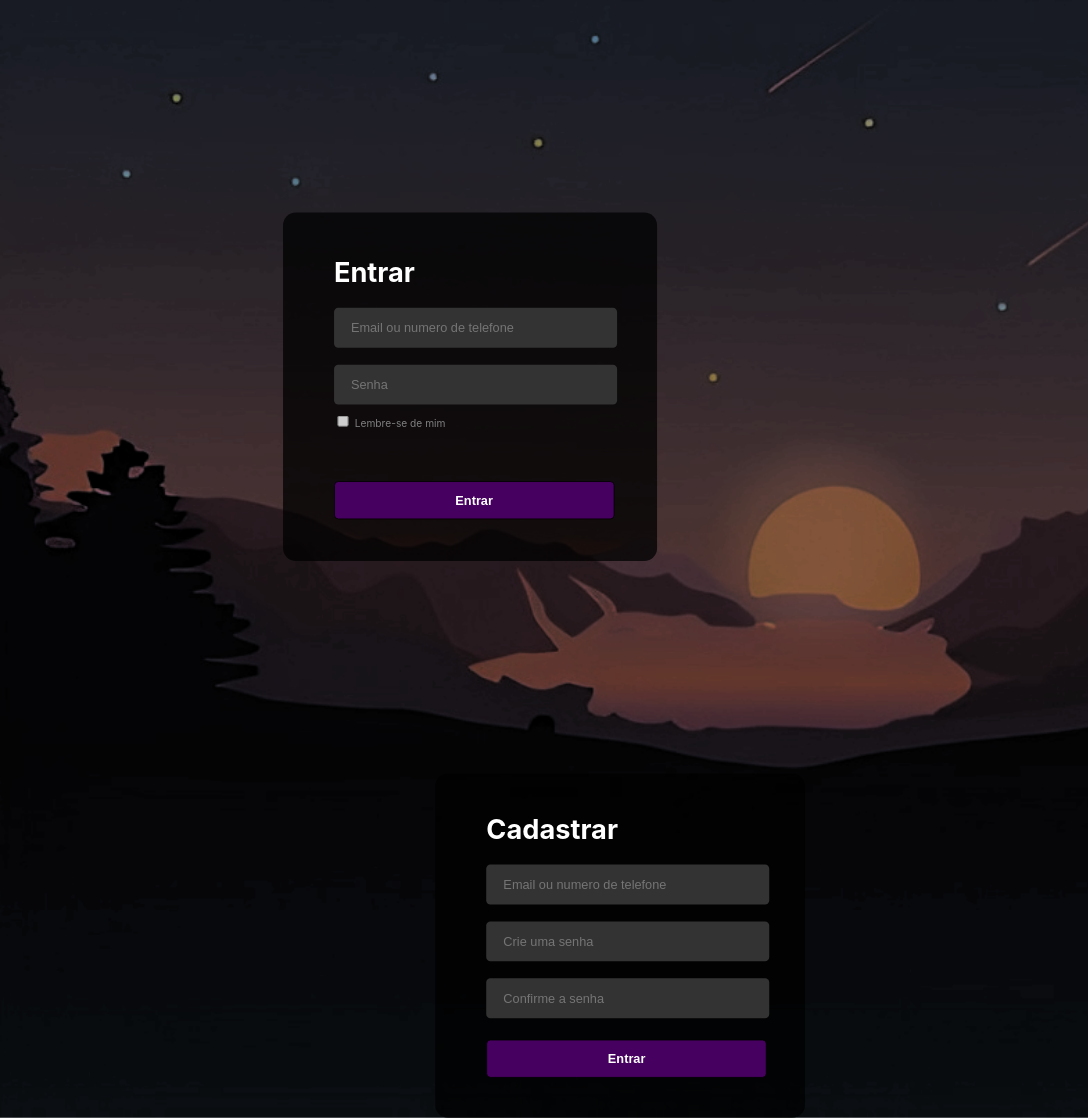
Repository: jpmaffei18/PROJETO_JAVA
Page: http://localhost/FinalWeb/logincadastro.jsp
An editor plug-in stored every save of this project. The page is shown before and after the next save, followed by the edit.
The browser window is 1280 px wide. The pictures show the whole page, at 85% of full size.
Some web fonts or font styles are not loaded; a fallback is used. The page is served by Tomcat 9.

Above is the page before, as saved 2023-04-12 11:40:03.

After the next save:
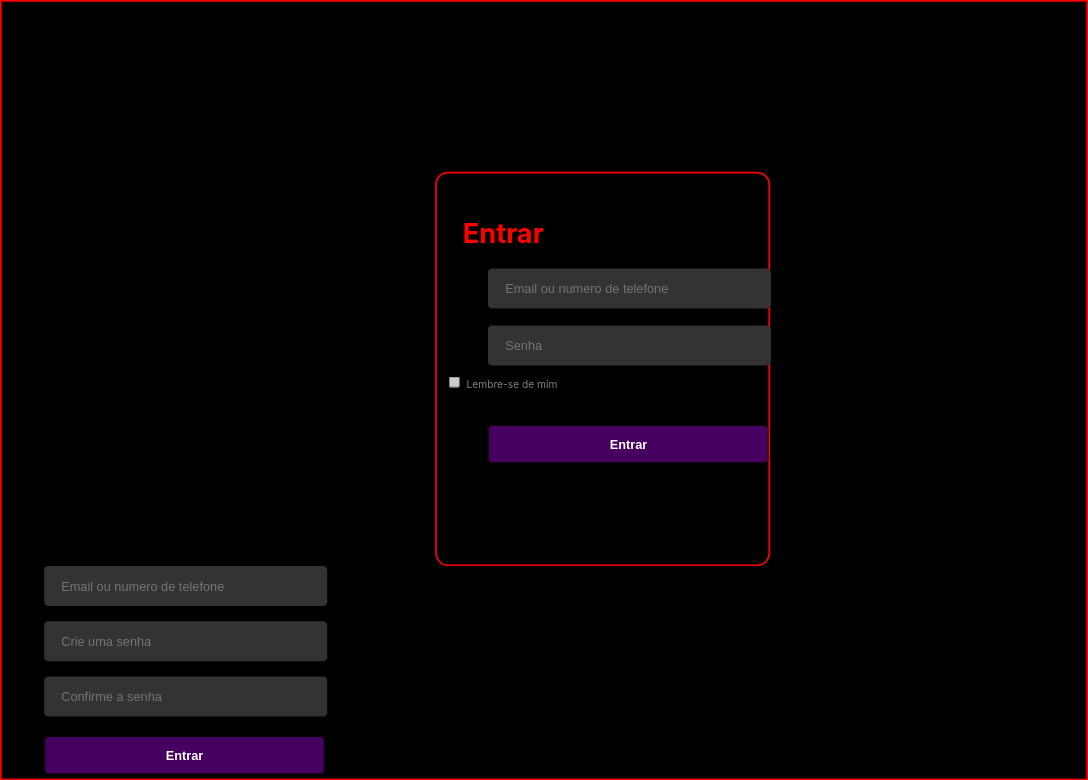
Saved 9 s later.
--- a/FinalWeb/src/main/webapp/login.css
+++ b/FinalWeb/src/main/webapp/login.css
@@ -1,27 +1,63 @@
-@charset "ISO-8859-1";
-body{
-    padding: 0;
-    margin: 0;
-    height: 100vh;
-    width:100% ;
-    position: relative;
-    background-image: url(imagens/fundo.png);
-    background-size: cover;
-    background-repeat: no-repeat;
+@import url('https://fonts.cdnfonts.com/css/glacial-indifference-2');
+@import url('https://fonts.cdnfonts.com/css/gobold');
 
 
+
+body{
+    margin: 0;
+    margin-top: 0;
+    background-color: black ;
+    overflow-x: hidden;
+    border: solid 2px red;
+}
+
+.conteudo{
+    width: 100%;
+    height: 848px;
+    border: solid 2px red;
+}
+
+.cabecalho{
+    background-color: black ;
+    width: 99,7%;
+    height: 80px;
+    border-radius: 15px;
+    border: solid 3px red;
+    color: red;
+    padding-top: 20px;
+    padding-left: 80px;
+    align-content: center;
+    align-items: center;
+    text-align: center;
+}
+
+header img{
+    margin-top: -20px;
+    width: 200px;
+    margin-right: 60px;
+}
+
+header h3{
+    float: right;
+    margin-right: 20px;
+    margin-left:-40px;
+}
+
+header a{
+    color: white;
+    text-decoration: none;
 }
 
 
-
 .form{
-    height: 350px;
-    width: 400px;
+    height: 400px;
+    width: 350px;
     float: left;
     background-color: rgba(0,0,0,.75);
+    border: solid 2px red;
     border-radius:15px;
-    margin-left: 26%;
-    margin-top: 250px;
+    margin-left: 40%;
+    margin-top: 200px;
     padding: 30px;
     padding-left:10px;
     font-family:-apple-system, BlinkMacSystemFont, 'Segoe UI', Roboto, Oxygen, Ubuntu, Cantarell,
@@ -34,7 +70,8 @@ body{
 }
 .form h1{
     text-align: left;
-    margin-left: 50px;
+    margin-left: 20px;
+    color: red;
 }
 
 .form .inputs{
@@ -42,43 +79,3 @@ body{
     border-radius: 5px;
 
 }
-
-
-.form2{
-    height: 355px;
-    width: 400px;
-    background-color: rgba(0,0,0,.75);
-    border-radius:15px;
-    margin-top: 250px;
-    margin-right:26%;
-    padding: 25px;
-    padding-left:10px;
-    font-family:-apple-system, BlinkMacSystemFont, 'Segoe UI', Roboto, Oxygen, Ubuntu, Cantarell,
-    'Open Sans', 'Helvetica Neue', sans-serif;
-    color: white;
-    float: right;
-
-
-}
-.form2 h1{
-    text-align: left;
-    margin-left: 50px;
-}
-
-.form2 .inputs{
-    padding: 5px;
-    border-radius: 5px;
-
-}
-
-p{float:left;}
-
-.box{
-    text-align: left;
-    justify-content: left;
-    align-items: left;
-    margin-left: 50px;
-    margin-bottom: 60px;
-    float: left;
-
-}
